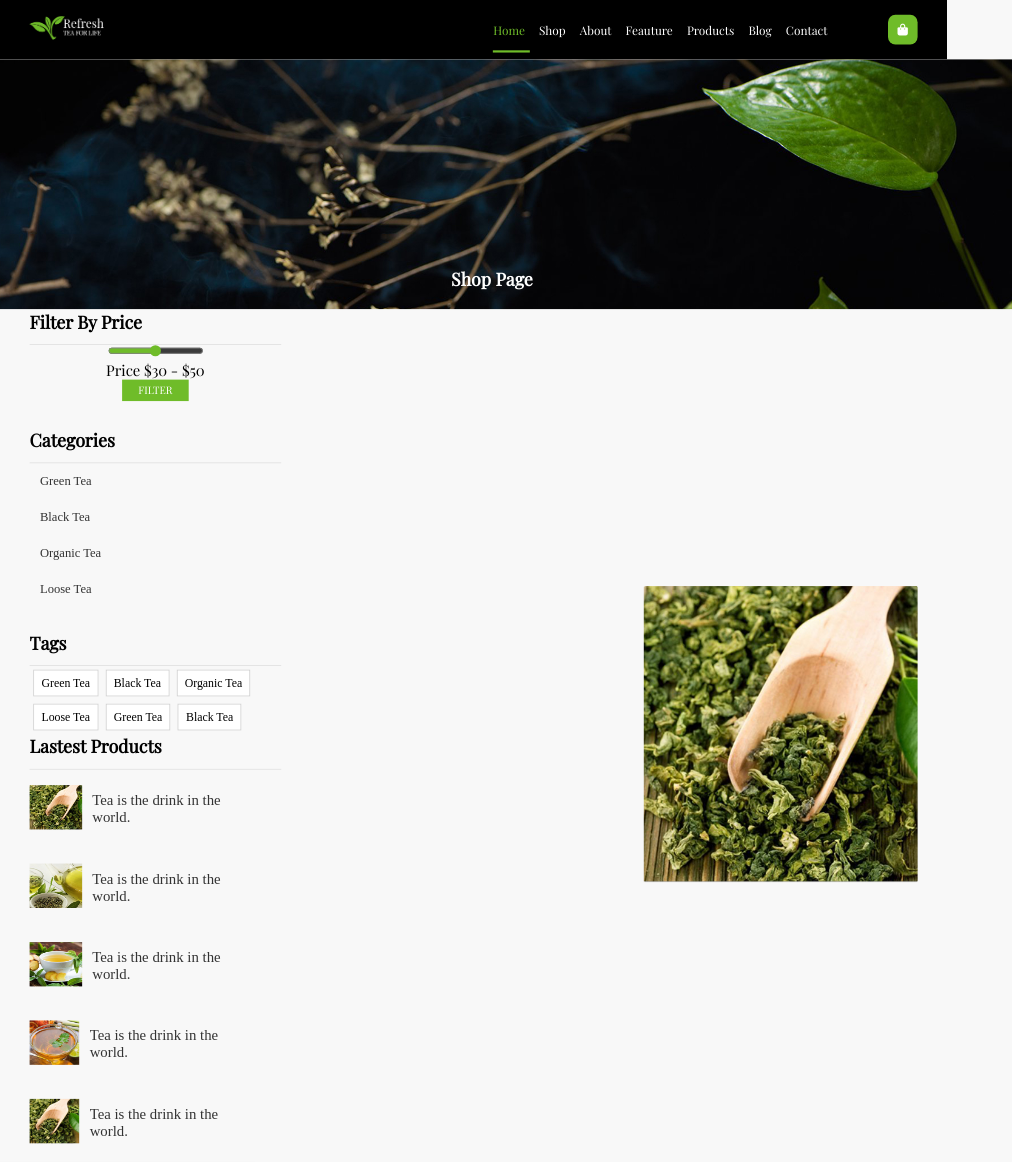
Repository: 52hzwhaleblue/school_teashop
Page: shop.html
These files come from the project's save history. The page is drawn as it stood at one moment and after the next save; the edit follows.
The browser window is 1280 px wide. The page is 1368 px wide, so the pictures cover 1368 px, including what lies to the right of the window. The pictures show the whole page, at 74% of full size.
Some web libraries are served in a nearby version.

Above is the page before, as saved 2022-05-04 20:55:06.

### shop.html
<!DOCTYPE html>
<html lang="en">

<head>
    <meta charset="UTF-8">
    <meta http-equiv="X-UA-Compatible" content="IE=edge">
    <meta name="viewport" content="width=device-width, initial-scale=1.0">

    <!-- Style CSS -->
    <link rel="stylesheet" href="./style.css" stylesheet="text/style.css" />

    <!-- googel fonts -->
    <link rel="preconnect" href="https://fonts.googleapis.com" />
    <link rel="preconnect" href="https://fonts.gstatic.com" crossorigin />
    <link href="https://fonts.googleapis.com/css2?family=Playfair+Display&display=swap" rel="stylesheet" />

    <!-- cdn -->
    <link rel="stylesheet" href="https://cdnjs.cloudflare.com/ajax/libs/font-awesome/6.1.1/css/all.min.css" integrity="sha512-KfkfwYDsLkIlwQp6LFnl8zNdLGxu9YAA1QvwINks4PhcElQSvqcyVLLD9aMhXd13uQjoXtEKNosOWaZqXgel0g==" crossorigin="anonymous" referrerpolicy="no-referrer"
    />

    <!-- App.js -->
    <script src="./app.js">
    </script>

    <title>Shop</title>
</head>

<body>
    <!-- header -->
    <div class="header-wrapper">
        <div class="center">
            <div class="row">
                <div class="logo">
                    <img src="./images/logo.png" alt="" />
                </div>

                <div class="menu">
                    <ul>
                        <li class="active"><a href="#">Home</a></li>
                        <li><a href="#">Shop</a></li>
                        <li><a href="#">About</a></li>
                        <li><a href="#">Feauture</a></li>
                        <li><a href="#">Products</a></li>
                        <li><a href="#">Blog</a></li>
                        <li><a href="#">Contact</a></li>
                    </ul>
                </div>

                <div class="cart">
                    <i class="fa-solid fa-bag-shopping"></i>
                </div>
            </div>
        </div>
    </div>

    <!-- silder -->
    <div class="slider-wrapper">
        <div class="slider-img">
            <img src="./images/shop-slide.jpg" alt="" />

            <div class="center">
                <div class="shop-slide-content">
                    <h2 class="heading">Shop Page</h2>
                </div>
            </div>
        </div>
    </div>


    <div class="shop-page-wrapper">
        <div class="center">
            <div class="box-shop-page">
                <!-- filter by price -->
                <div class="price-filter-wrapper">
                    <div class="box-price-filter">
                        <h4>filter by price</h4>
                        <div class="price-range-bar">
                            <form class="multi-range-field my-5 pb-5">
                                <input id="multi3" class="multi-range" type="range" />
                            </form>

                            <div class="price-range">
                                <span>Price</span>
                                <span> $30 </span> -
                                <span> $50 </span>
                            </div>

                            <div class="filter-btn">
                                <p>filter</p>
                            </div>
                        </div>
                    </div>
                    <div class="catory-wrapper">
                        <div class="box-catory">
                            <h2>Categories</h2>
                        </div>
                        <div class="category">
                            <ul>
                               <li><a href="" class="btn1">Green Tea</a></li>
                               <li><a href="" class="btn1">Black Tea</a></li>
                               <li><a href="" class="btn1">Organic Tea</a></li>
                               <li><a href="" class="btn1">Loose Tea</a></li>
                            </ul>
                        </div>
                        <div class="box-catory">
                            <h2>Tags</h2>
                        </div>
                        <div class="category1">
                           <ul clas="list">
                               <li><a href="" class="btn">Green Tea</a></li>
                               <li><a href="" class="btn">Black Tea</a></li>
                               <li><a href="" class="btn">Organic Tea</a></li>
                               <li><a href="" class="btn">Loose Tea</a></li>
                               <li><a href="" class="btn">Green Tea</a></li>
                               <li><a href="" class="btn">Black Tea</a></li>
                           </ul>
                        </div>
                        <div class="box-catory">
                            <h2>Lastest Products</h2>
                        </div>
                        <div class="last-product">
                            <div class="row">
                                <div class="col-2">
                                    <img src="images/product-1.jpg">
                                </div>
                                <div class="col-2">
                                    <a href="" class="btn2">Tea is the drink in  the world. </a>
                                </div>
                            </div>
                      </div>
                      <div class="last-product">
                        <div class="row">
                            <div class="col-2">
                                <img src="images/product-2.jpg">
                            </div>
                            <div class="col-2">
                                <a href="" class="btn2">Tea is the drink in  the world.</a>
                            </div>
                        </div>
                       </div>
                       <div class="last-product">
                        <div class="row">
                            <div class="col-2">
                                <img src="images/product-3.jpg">
                            </div>
                            <div class="col-2">
                                <a href="" class="btn2">Tea is the drink in  the world.</a>
                            </div>
                        </div>
                       </div>
                         <div class="last-product">
                          <div class="row">
                          <div class="col-2">
                             <img src="images/product-4.jpg">
                            </div>
                            <div class="col-2">
                             <a href="" class="btn2">Tea is the drink in  the world.</a>
                            </div>
                        </div>
                       </div>

                    <div class="last-product">
                        <div class="row">
                            <div class="col-2">
                                <img src="images/product-5.jpg">
                            </div>
                            <div class="col-2">
                                <a href="" class="btn2">Tea is the drink in  the world.</a>
                            </div>
                        </div>
                       </div>
                   </div>
               </div>
                <!-- shop-product -->
                <div class="shop-product-wrapper">
                    <div class="shop">
                        <img src="images/product-1.jpg">
                    </div>
                  </div>
            </div>
        </div>
    </div>

</body>

</html>

### style.css
* {
    padding: 0;
    margin: 0;
}

body {
    background-color: #f8f8f8;
}


/* header */

.header-wrapper {
    margin: 0 auto;
    background-color: #000000;
    position: sticky;
    top: 0;
    z-index: 1;
}

.center {
    width: 1200px;
    margin: 0 auto;
}

.header-wrapper .row {
    display: flex;
    justify-content: space-between;
    align-items: center;
    padding: 20px 0;
}


/* logo */

.logo {
    width: 50.0450045005%;
}

.logo img {
    width: 100px;
}


/* menu */

.menu {
    width: 42.304230423%;
}

.menu ul li.active a {
    color: #6fbc29;
}

.menu ul li {
    display: inline-block;
    padding-right: 15px;
    position: relative;
}

.menu ul li:after {
    content: " ";
    width: 50px;
    border-bottom: 3px #6fbc29 solid;
    /* background-color: #6fbc29; */
    left: 0;
    bottom: -20px;
    position: absolute;
}

.menu ul li:not(.active):after {
    content: " ";
    width: 50px;
    border-bottom: 3px #6fbc29 solid;
    left: 0;
    bottom: -30px;
    position: absolute;
    opacity: 0;
    transition: 0.5s;
}

.menu ul li:hover:after {
    bottom: -20px;
    opacity: 1;
}

.menu ul li:hover a {
    color: #6fbc29;
}

.menu ul li a {
    text-decoration: none;
    color: #fff;
    font-family: "Playfair Display", serif;
}


/* cart */

.cart {
    width: 40px;
    height: 40px;
    border-radius: 25%;
    background-color: #6fbc29;
    display: flex;
    justify-content: center;
    align-items: center;
}

.cart i {
    color: #fff;
}


/* silder */

.slider-wrapper {
    width: 1368px;
    margin: 0 auto;
    overflow: hidden;
}

.slider-img {
    display: flex;

}

.slider-img img {
    max-width: 1368px;
}
.slider-img input{
    display: none;
}


.slider-wrapper .home-slide-content {
    width: 446px;
    position: absolute;
    top: 20%;
    left: calc((100% - 1200px) / 2);
}

.slider-wrapper .shop-slide-content {
    width: 446px;
    position: absolute;
    top: 50%;
    left: calc(100% /2.1);
}

.home-slide-content .heading {
    text-transform: uppercase;
    font-family: "Playfair Display";
    font-size: 16px;
    color: #fff;
}

.shop-slide-content .heading {
    text-transform: capitalize;
    font-family: "Playfair Display";
    /* font-size: 50px; */
    color: #fff;
}

.home-slide-content .subHeading {
    text-transform: capitalize;
    font-family: "Playfair Display";
    font-size: 50px;
    padding: 26px 0 50px 0;
    color: #fff;
}

.home-slide-content .subHeading span {
    color: #6fbc29;
    text-transform: capitalize;
    font-size: 50px;
}

.home-slide-content .slider-btn {
    width: 130px;
    /* height: 35px; */
    background-color: #6fbc29;
    display: flex;
    justify-content: center;
    align-items: center;
}

.slider-btn a {
    font-family: "Playfair Display";
    font-size: 14px;
    text-transform: uppercase;
    color: #fff;
    text-decoration: none;
    padding: 10px 0;
}


/* new product */

.product-wrapper {
    width: 1368px;
    margin: 0 auto;
    padding: 57px 0;
}

.title-main {
    padding-bottom: 52px;
}

.title-main h1 {
    font-family: "Playfair Display";
    font-size: 35px;
    text-transform: capitalize;
    color: #212529;
    text-align: center;
}

.title-main .icon {
    text-align: center;
    padding: 23px 0 18px 0;
}

.heading-icon .icon img {
    width: 100px;
}

.title-main .subTitle {
    width: 540px;
    margin: 0 auto;
}

.title-main .subTitle p {
    font-family: "Playfair Display";
    font-size: 14px;
    color: #212529;
    text-align: center;
}


/* product items */

.product-items {
    display: flex;
    flex-wrap: wrap;
    justify-content: space-between;
}

.product-items .item {
    /* width: calc(100% / 4); */
}

.product-items .item .img {
    position: relative;
}

.modal {
    position: absolute;
    width: 100%;
    height: 100%;
    bottom: 0;
    opacity: 0;
    background-color: #6fbc29;
    transition: 0.7s;
}

.modal-content h4 {
    font-family: "Playfair Display", serif;
    color: #fff;
    text-align: center;
    text-transform: capitalize;
}

.modal-content {
    padding: 48px;
}

.modal-content p {
    font-size: 14px;
    font-family: "Playfair Display", serif;
    color: #fff;
    text-align: center;
    padding: 20px 0;
}

.readmore-btn {
    width: 130px;
    background-color: #fff;
    border: 1px #fff solid;
    padding: 5px 0;
    margin: 0 auto;
    text-align: center;
}

.readmore-btn a {
    text-decoration: none;
    color: #6fbc29;
    font-size: 14px;
    font-family: "Playfair Display", serif;
    text-transform: uppercase;
}

.readmore-btn:hover {
    background-color: transparent;
}

.readmore-btn:hover a {
    text-decoration: none;
    color: #fff;
    font-size: 14px;
    font-family: "Playfair Display", serif;
    text-transform: uppercase;
}

.product-items .img:hover .modal {
    top: 0;
    opacity: 0.8;
}

.product-btn {
    display: flex;
    justify-content: center;
}

.btn-left,
.btn-right {
    border-radius: 50%;
    width: 30px;
    height: 30px;
    background-color: #6fbc29;
    margin: 0 10px;
    display: flex;
    align-items: center;
    justify-content: center;
    color: #fff;
    margin-top: 35px;
}

.btn-left:hover,
.btn-right:hover {
    border-radius: 50%;
    width: 30px;
    height: 30px;
    background-color: #fff;
    margin: 0 10px;
    display: flex;
    align-items: center;
    justify-content: center;
    color: #6fbc29;
    margin-top: 35px;
}


/* information */

.information {
    width: 1368px;
    margin: 0 auto;
    background-color: #f8f8f8;
    display: flex;
    justify-content: space-between;
}

.info-img img {
    max-width: 730px;
}

.info-content {
    width: 37.6461988304%;
    padding: 85px 0 125px 30px;
}

.info-content h2 {
    font-size: 35px;
    font-family: "Playfair Display", serif;
}

.info-content p {
    font-size: 14px;
    font-family: "Playfair Display", serif;
    margin: 10px 0;
}

.information .readmore-info-btn {
    width: 130px;
    background-color: #6fbc29;
    padding: 5px 0;
    text-align: center;
}

.information .readmore-info-btn a {
    text-decoration: none;
    color: #fff;
    font-size: 14px;
    font-family: "Playfair Display", serif;
    text-transform: uppercase;
}

.information .readmore-info-btn:hover {
    background-color: #fff;
}

.information .readmore-info-btn:hover a {
    text-decoration: none;
    color: #6fbc29;
    font-size: 14px;
    font-family: "Playfair Display", serif;
    text-transform: uppercase;
}

.criteria-wrapper {
    width: 100%;
    height: 368px;
}

.criteria-items {
    max-width: 1368px;
    display: flex;
    justify-content: center;
}

.criteria-items .item {
    padding: 0 10px;
    box-sizing: border-box;
}


/* featured product */

.featured-product-wrapper {}

.featured-product-items {
    display: flex;
    justify-content: space-between;
    flex-wrap: wrap;
    margin-bottom: 50px;
}

.featured-product-items .item {
    width: calc(100% / 3);
}

.featured-product-items .item .img {
    position: relative;
}

.featured-product-items .img .modal {
    border-radius: 50%;
}

.featured-product-items .img:hover .modal {
    top: 0;
    opacity: 0.8;
    width: 92.5%;
}

.featured-product-items .item .title {
    text-align: center;
    font-family: "Playfair Display";
    font-weight: 600;
    font-size: 20px;
}

.featured-product-items .item .description {
    text-align: center;
    font-family: "Playfair Display";
    font-size: 14px;
}

.featured-product-items .item img {
    border-radius: 50%;
}


/* Information Wrapper */

.info-wrapper {
    position: relative;
}

.info-wrapper img {
    height: 435px;
    width: 100%;
}

.info-heading {
    top: 0;
    width: 490px;
    margin: 55px 0;
    position: absolute;
}

.info-heading .title {
    font-family: "Playfair Display";
    font-size: 35px;
    font-weight: 600;
}

.info-heading .subTitle {
    font-family: "Playfair Display";
    font-size: 14px;
    margin: 25px 0 50px 0;
}

.readmore-info-btn {
    width: 130px;
    background-color: #6fbc29;
    border: 1px #fff solid;
    padding: 5px 0;
    /* margin: 0 auto; */
    text-align: center;
}

.readmore-info-btn a {
    text-decoration: none;
    color: #fff;
    font-size: 14px;
    font-family: "Playfair Display", serif;
    text-transform: uppercase;
}

.readmore-info-btn:hover {
    background-color: #fff;
}

.readmore-info-btn:hover a {
    text-decoration: none;
    color: #6fbc29;
    font-size: 14px;
    font-family: "Playfair Display", serif;
    text-transform: uppercase;
}


/* video */

.video-wrapper {
    position: relative;
    display: flex;
    justify-content: center;
}

.bg-overlay {
    position: relative;
    z-index: 1;
}

.bg-overlay:after {
    background: #000 none repeat scroll 0 0;
    content: "";
    height: 100%;
    left: 0;
    opacity: 0.8;
    position: absolute;
    top: 0;
    width: 100%;
}

.video-wrapper .center {
    width: 1200px;
    margin: 0 auto;
    display: flex;
    justify-content: center;
}

.video-wrapper img {
    width: 100%;
}

.video-wrapper .title-main {
    top: 0;
    position: absolute;
    z-index: 2;
    margin-top: 55px;
}

.video-wrapper .title-main .title {
    color: #fff;
}

.video-wrapper .title-main .icon img {
    width: 200px;
}

.video-wrapper .title-main .subTitle p {
    color: #fff;
}

.box-video {
    /* width: 890px;
    height: 442px; */
    bottom: 25%;
    z-index: 1;
    position: absolute;
}


/* Shop Page */

.box-shop-page {
    display: flex;
    justify-content: space-between;
}

.price-filter-wrapper {
    width: 28.3333333333%;
}

.box-price-filter h4 {
    font-family: "Playfair Display", serif;
    font-size: 24px;
    text-transform: capitalize;
    border-bottom: 1px #dedede solid;
    padding-bottom: 15px;
}



/* Price Range Input */

#multi3 {
    accent-color: #6FBC29;
}

.price-range-bar {
    text-align: center;
}

.price-range {
    font-family: "Playfair Display", serif;
    font-size: 20px;
}

.filter-btn {
    width: 90px;
    height: 35px;
    margin: 0 auto;
}

.filter-btn:hover {
    width: 90px;
    height: 35px;
    margin: 0 auto;
}

.filter-btn p {
    font-family: "Playfair Display", serif;
    font-size: 14px;
    color: #fff;
    text-transform: uppercase;
    background-color: #6fbc29;
    padding: 5px 20px;
}

.filter-btn p:hover {
    font-family: "Playfair Display", serif;
    font-size: 14px;
    color: #6fbc29;
    text-transform: uppercase;
    background-color: #fff;
    padding: 5px 20px;
    border: 1px #6fbc29 solid;
}
.box-catory h2{
    font-family: "Playfair Display", serif;
    font-size: 24px;
    text-transform: capitalize;
    border-bottom: 1px #dedede solid;
    padding-bottom: 15px;
    padding-top: 30px;
}
.category ul li a {
    text-decoration: none;
    color:#333333;
    font-size: 17px;
    transition: 0.3s;
    border-bottom: 1px solid transparent;
    padding: 5px 0;
    display: block;
    padding: 14px;

}
ul{
    list-style-type: none;
}
.btn1:hover{
   color: #6fbc29;
   border-bottom: 1px solid #6fbc29;
}
.btn{
    display: inline-block;
    background: #fff;
    color: #000000;
    padding: 8px 10px;
    margin: 5px 5px;
    border: 1px solid #cccccc;
}

.btn:hover {
    background: #6fbc29;
    color: #fff;
}
.category1 ul li a{
    text-decoration: none;
    float: left;
}
.row {
    display: flex;
    align-items: center;
}

.col-2 img {
    width: 130%;
    height: 60px;
    padding: 10px 0;
    margin: 30px 20;
}
.btn2{
    color:#333333;
    padding: 30px;
    text-decoration: none;
    font-size: 20px;
    display: inline-block;
}
.btn2:hover{
    color:#6fbc29;
}
.shop-product-wrapper{
    display: flex;
    align-items: center;
    flex-wrap: wrap;
    justify-content: space-around;
}
/* ----Product---- */

### app.js
/* $('#multi3').mdbRange({
    width: '100%',
    single: {
        active: true,
        multi: {
            active: true,
            rangeLength: 2
        },
    }
}); */

After the next save:
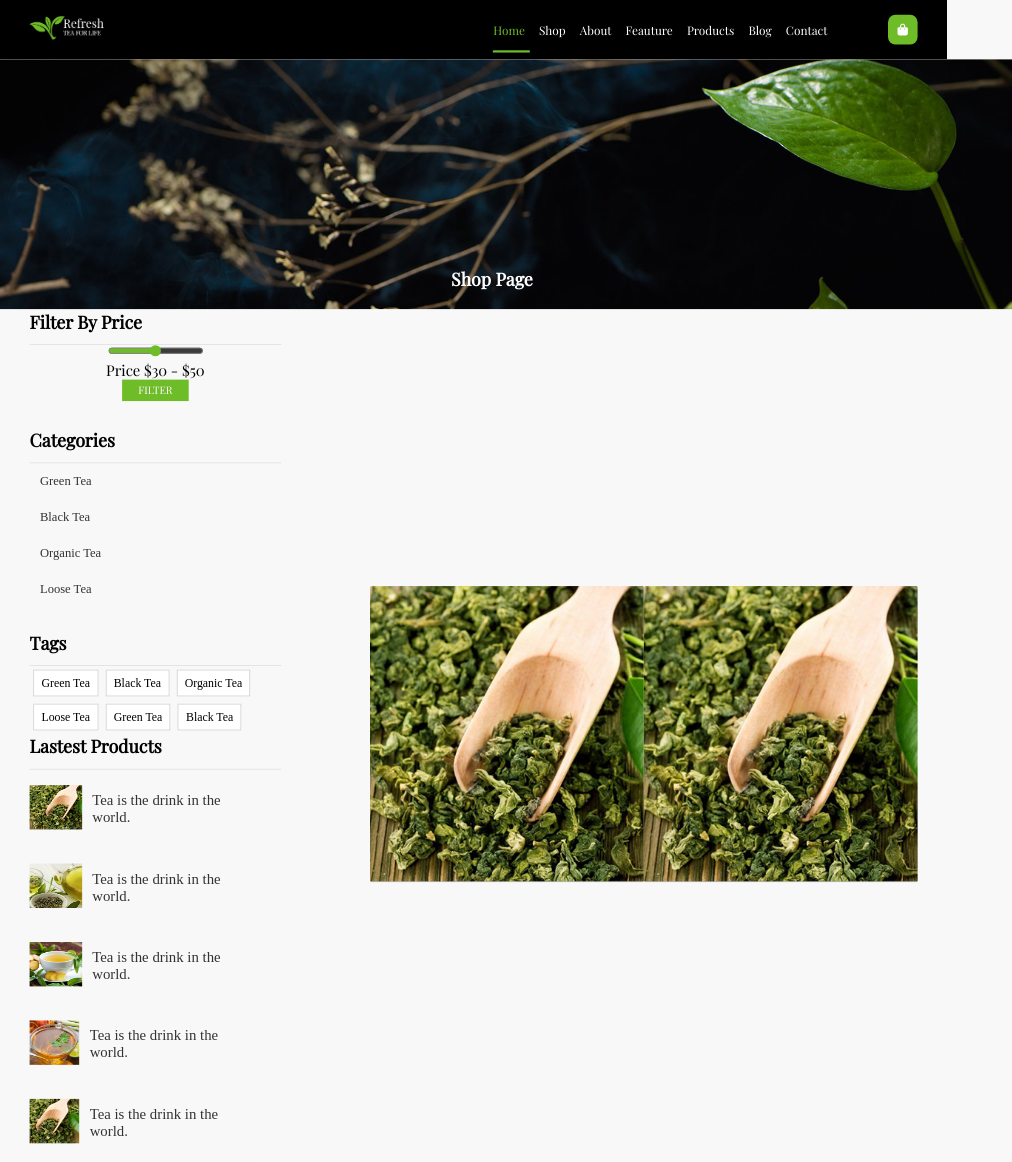
Saved 69 s later.
--- a/shop.html
+++ b/shop.html
@@ -176,6 +176,9 @@
                     <div class="shop">
                         <img src="images/product-1.jpg">
                     </div>
+                    <div class="shop">
+                        <img src="images/product-1.jpg">
+                    </div>
                   </div>
             </div>
         </div>
